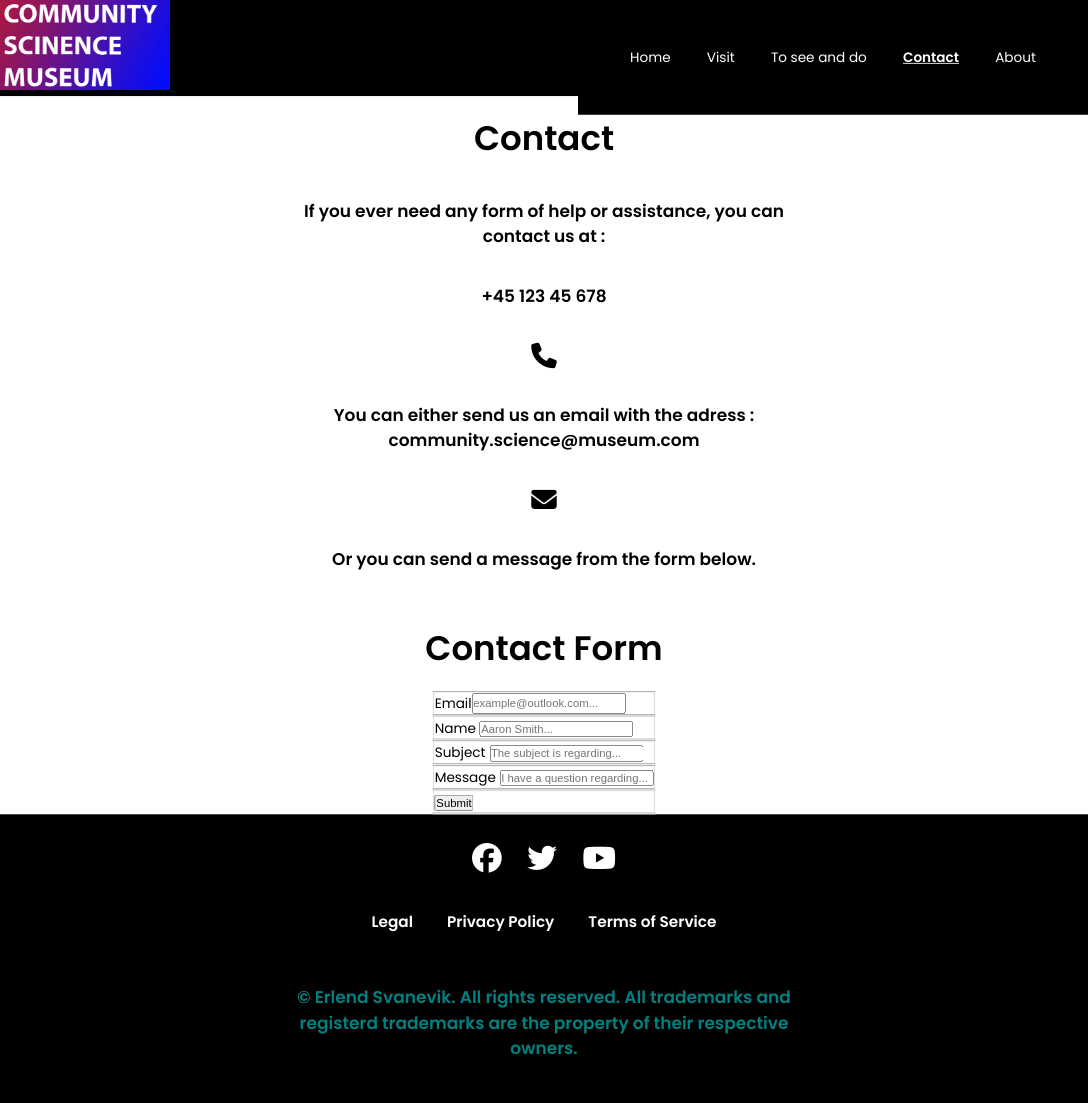
Repository: EpleWasTaken/Semester-Project
Page: contact.html
The author's editor kept a copy of each file at every save. The page is drawn from the files as they stood at one save, then again after the next save.
The browser window is 1280 px wide. The pictures show the whole page, at 85% of full size.
Some web libraries are served in a nearby version.

Above is the page before, as saved 2020-12-11 21:59:37.

### contact.html
<!DOCTYPE html>
<html lang="en">
<head>
    <meta charset="UTF-8">
    <meta name="viewport" content="width=device-width, initial-scale=1.0">
    <meta name="keywords" content="museum, science museum, community museum">
    <meta name="author" content="Erlend Molvik Svanevik">
    <title>CMS Contact</title>

    <link rel="preconnect" href="https://fonts.gstatic.com">
    <link href="https://fonts.googleapis.com/css2?family=Poppins:ital,wght@0,100;0,200;0,300;0,400;0,500;0,600;1,100;1,200;1,300;1,400;1,500;1,600&display=swap" rel="stylesheet">
    <link rel="stylesheet" href="./css/styles.css">
    <link rel="stylesheet" href="./css/footer.css">
    <link rel="stylesheet" href="/css/hamburger.css">
    <script src="https://kit.fontawesome.com/cafca22d75.js" crossorigin="anonymous"></script>
</head>


<!--NAVIGAION, LOGO AND SEARCH BAR-->


<body>
    <header>
        <a href="index.html" aria-label="Go to frontpage">
            <img src="/Images/CommunityScienceMuseum.jpg" class="logo" alt="Community Science Museum logo">
        </a>
        <label class="hamburger-menu" for="hamburger-menu" aria-label="Hamburger menu for navigation"><i class="fas fa-bars fa-2x"></i></label>
        <input type="checkbox" id="hamburger-menu">
        <nav>
            <ul class="nav">
                <li><a href="index.html" aria-label="Go to home page">Home</a></li>
                <li><a href="visit.html" aria-label="Go to the visit page">Visit</a></li>
                <li><a href="to-see-and-do.html" aria-label="Go to: To see and do">To see and do</a></li>
                <li><a href="contact.html" aria-label="Go to the contact page" class="active">Contact</a></li>
                <li><a href="about.html" aria-label="Go to the about page">About</a></li>
            </ul>
        </nav>
    </header>


<!---->

<main>
    <div class="contact-page">
        <div class="contact-items">
            <h2>Contact</h2>
            <p>If you ever need any form of help or assistance, you can contact us at :</p>
        </div>
        <div>
            <p>+45 123 45 678</p>
            <a href="#0" class="phone"><a class="fas fa-phone"></a>
        </div>
        <div>
            <p>You can either send us an email with the adress : community.science@museum.com</p>
            <a href="#0" class="mail"><a class="fas fa-envelope"></a>
            <p>Or you can send a message from the form below.</p>
        </div>
    </div>
    <div>
        <section class="contact-container">
            <section class="contact-form">
                <h2>Contact Form</h2>
                <form action="submit.php" method="GET">
                    <fieldset class="email">
                        <label for="email">Email</label>
                        <input type="email" name="email" placeholder="example@outlook.com...">
                    </fieldset>
                    <fieldset class="name">
                        <label for="name">Name</label>
                        <input type="text" name="name" placeholder="Aaron Smith...">
                    </fieldset>
                    <fieldset class="subject">
                        <label for="subject">Subject</label>
                        <input type="subject" name="subject" placeholder="The subject is regarding...">
                    </fieldset>
                    <fieldset class="message">
                        <label for="message">Message</label>
                        <input type="text" name="message" placeholder="I have a question regarding...">
                    </fieldset>
                    <fieldset class="submit">
                        <button class="btn-submit">Submit</button>
                    </fieldset>
                </form>
            </section>
        </section>
    </div>
</main>





    <footer class="footer">
        <div class="footer-container">
            <ul class="footer-social">
                <li>
                    <a href="#0" class="facebook"><i class="fab fa-facebook"></i></a>
                </li>
                <li>
                    <a href="#0" class="twitter"><i class="fab fa-twitter"></i></a>
                </li>
                <li>
                    <a href="#0" class="youtube"><i class="fab fa-youtube"></i></a>
                </li>
            </ul>
        </div>
        <div class="footer-container">
            <div class="footer-legal">
                <a href="#0">Legal</a>
                <a href="#0">Privacy Policy</a>
                <a href="#0">Terms of Service</a>
            </div>
            <div class="footer-copyright">
                <p>&copy; Erlend Svanevik. All rights reserved. All trademarks and registerd trademarks are the property of
                   their respective owners.</p>
            </div>
        </div>
    </footer>
</body>
</html>

### css/styles.css
* {
	margin: 0px;
	padding: 0px;
	box-sizing: border-box;
}

body {
	font-family: 'poppins', sans-serif;
	background: white;
}

nav {
	background-color: black;
}

header {
	background: black;
	min-height: ;
}

.logo {
	max-width: 100px;
}

a.fas.fa-phone,
a.fas.fa-envelope {
	display: flex;
	justify-content: center;
	align-items: center;
	font-size: 30px;
}

.contact-form {
	display: flex;
	flex-direction: column;
	justify-content: center;
	align-items: center;
	margin: auto;
}

.email {
	display: flex;
}

/* NAVIGATION/HAMBURGER MENU/CLICKEBLE
-------------------------------------------*/

/*PICTURES
-----------------------------------------------*/

.homepic,
.space,
.mammoth,
.people,
.science,
.ant {
	width: auto;
	max-width: 100%;
	height: auto;
	margin-bottom: 3vh;
}

/*TEXT/FONT/TEXT ALIGNMENY
--------------------------------------------------*/

h1 {
	display: flex;
	align-items: center;
	justify-content: center;
	margin-left: auto;
	margin-right: auto;
	font-weight: 600;
	font-size: 30px;
	margin: 40px;
	text-align: center;
}

h2 {
	display: flex;
	align-items: center;
	justify-content: center;
	margin-left: auto;
	margin-right: auto;
	font-weight: 600;
	font-size: 25px;
	margin: 40px;
	text-align: center;
}

h3 {
	display: flex;
	align-items: center;
	justify-content: center;
	font-weight: 600;
	font-size: 20px;
	margin: 40px;
	text-align: center;
}

p {
	display: flex;
	align-items: center;
	justify-content: center;
	font-weight: 600;
	font-size: 15px;
	margin: 40px;
	max-width: 70%;
	margin-left: auto;
	margin-right: auto;
	text-align: center;
}

.open-hours p {
	margin: 20px;
	margin-left: auto;
	margin-right: auto;
	align-items: center;
	justify-content: center;
	text-align: center;
}

.contact-container {
	display: flex;
	flex-direction: row;
	align-items: center;
}

.mail {
	display: flex;
	justify-content: center;
	align-items: center;
}

/* GRID Container */
.visit {
	display: flexbox;
	flex-direction: column;
}

@media screen and (min-width: 1024px) {
	body {
		font-family: 'poppins', sans-serif;
		font-weight: 400;
	}

	.logo {
		max-width: 200px;
	}

	.homepic {
		display: flex;
		flex-direction: column;
		justify-content: center;
		align-items: center;
		max-width: 1664px;
		margin-left: auto;
		margin-right: auto;
	}

	h1,
	h2,
	h3,
	p {
		display: flex;
		align-items: center;
		justify-content: center;
	}

	h1 {
		font-size: 60px;
		margin: 40px;
	}

	h2 {
		font-size: 40px;
		margin: 20px;
	}

	h3 {
		font-size: 30px;
		margin: 15px;
	}

	p {
		font-size: 20px;
		margin: 40px;
		max-width: 50%;
		margin-left: auto;
		margin-right: auto;
	}

	.space,
	.mammoth,
	.people,
	.science,
	.ant {
		display: flex;
		left: 0;
		right: 0;
		max-width: 800px;
		justify-content: center;
		align-items: center;
		margin: auto;
		padding: 4vh;
	}
}

### css/footer.css
/* FOOTER */

* {
	padding: 0;
	margin: 0;
	box-sizing: border-box;
}

footer {
	display: flex;
	flex-direction: column;
	justify-content: center;
	align-items: center;
	background-color: black;
	font-family: 'Poppins', sans-serif;
	font-weight: 600;
	padding: 10px;
}

.footer-container {
	display: flex;
	flex-direction: column;
	justify-content: center;
	align-items: center;
}

.footer-social {
	font-size: 35px;
}

.footer-social li a {
	color: white;
}

.footer-legal {
	display: flex;
	flex-direction: column;
	text-decoration: none;
	align-items: center;
	justify-content: center;
	font-size: 20px;
}

.footer-legal a {
	display: flex;
	text-decoration: none;
	flex-direction: row;
	padding: 15px;
}

.footer-social li a.facebook:hover {
	color: #3b5998;
}

.footer-social li a.twitter:hover {
	color: #00acee;
}

.footer-social li a.youtube:hover {
	color: #c4302b;
}

.footer-legal a {
	color: white;
}

.footer-legal a:hover {
	color: #008080;
}

.footer-copyright {
	display: flex;
	flex-direction: column;
	text-decoration: none;
	justify-content: center;
	align-items: center;
	text-align: center;
	font-size: 14px;
	color: #008080;
}

ul {
	list-style: none;
}

@media screen and (min-width: 1024px) {
	.footer-legal {
		display: flex;
		flex-direction: row;
		justify-content: center;
		align-items: center;
		font-size: 18px;
	}

	.footer-legal a {
		display: flex;
		flex-direction: row;
		justify-content: center;
		align-items: center;
		padding: 20px;
	}

	.footer-social {
		display: flex;
		flex-direction: row;
		justify-content: center;
		align-items: center;
		text-decoration: none;
	}

	.footer-container {
		text-decoration: none;
	}

	.footer-social li {
		display: flex;
		flex-direction: row;
		text-decoration: none;
		margin: 15px;
	}
}

### css/hamburger.css
* {
	margin: 0px;
	padding: 0px;
	box-sizing: border-box;
}

nav,
#hamburger-menu {
	display: none;
	z-index: 1;
}

nav ul {
	padding: 0px;
}

nav li {
	display: block;
}

nav a {
	text-decoration: none;
	color: white;
	display: block;
	justify-content: center;
	align-items: center;
	margin: 15px;
}

.nav {
	display: block;
	position: absolute;
	right: 0;
	top: 5;
	height: 100%;
	width: 100%;
	background-color: blue;
	text-align: center;
	padding: 40px;
}

.hamburger-label {
	color: #fff;
	padding: 10px;
	font: 1.5em;
	display: block;
	position: absolute;
	right: 0;
	top: 0px;
}

.active {
	font-weight: 600;
	text-decoration: underline;
}

#hamburger-menu:checked ~ nav {
	display: flex;
}

@media screen and (min-width: 1024px) {
	nav {
		display: inline-block;
	}

	.active {
		font-weight: 600;
		text-decoration: underline;
	}

	.hamburger-label {
		display: none;
	}

	nav ul {
		padding: 0px;
		color: #fff;
		font: 1.5em;
		display: flex;
		position: absolute;
		right: 0;
		top: 0px;
		min-width: 600px;
		align-items: center;
		padding: 44px;
	}

	nav li {
		display: block;
	}

	nav a {
		text-decoration: none;
		color: white;
		display: block;
	}

	.nav {
		display: flex;
		justify-content: space-around;
		text-decoration: none;
		background-color: black;
		height: auto;
		width: auto;
	}
}

After the next save:
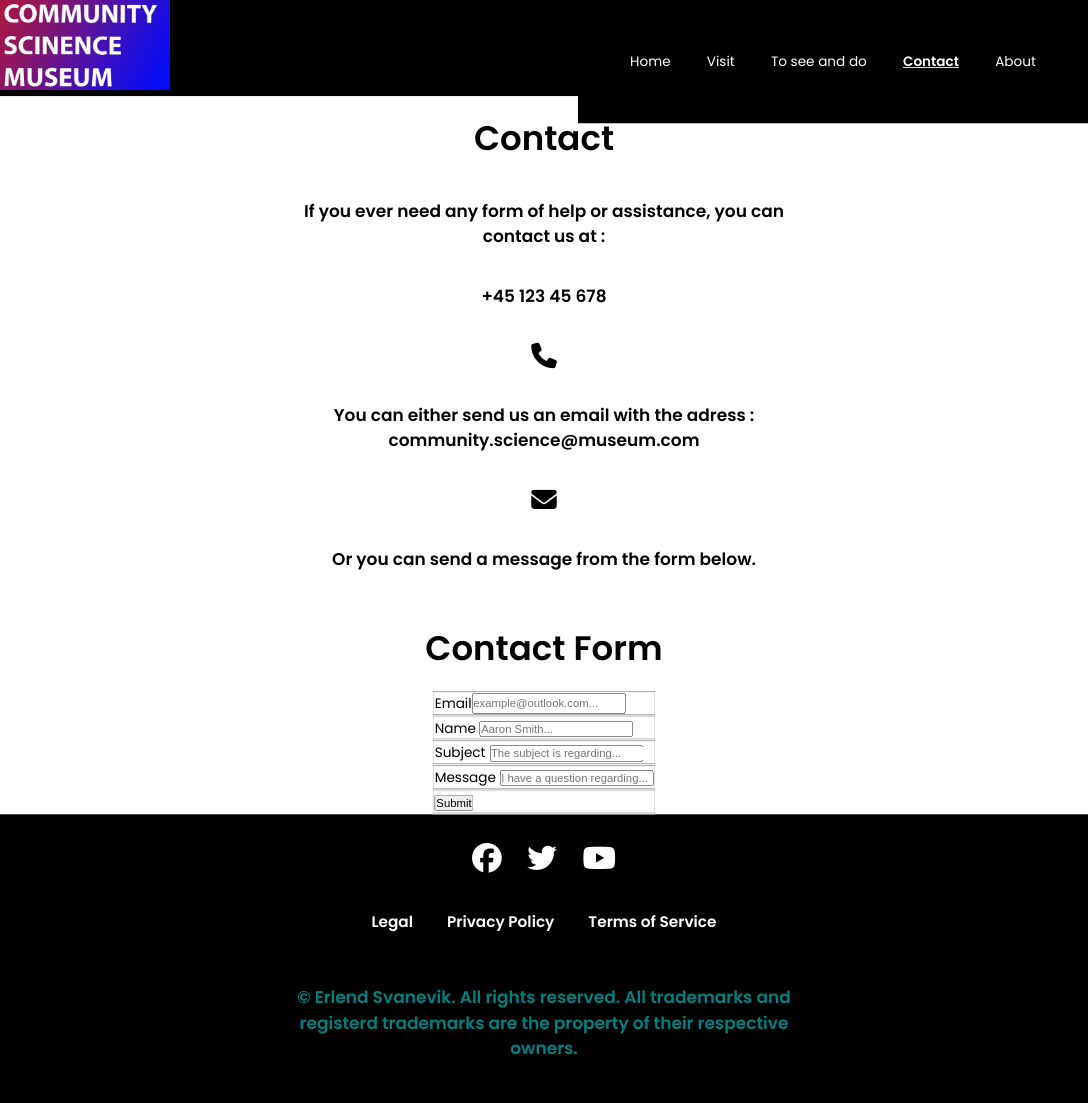
Saved 9 s later.
--- a/css/hamburger.css
+++ b/css/hamburger.css
@@ -24,7 +24,7 @@ nav a {
 	display: block;
 	justify-content: center;
 	align-items: center;
-	margin: 15px;
+	margin: 20px;
 }
 
 .nav {
